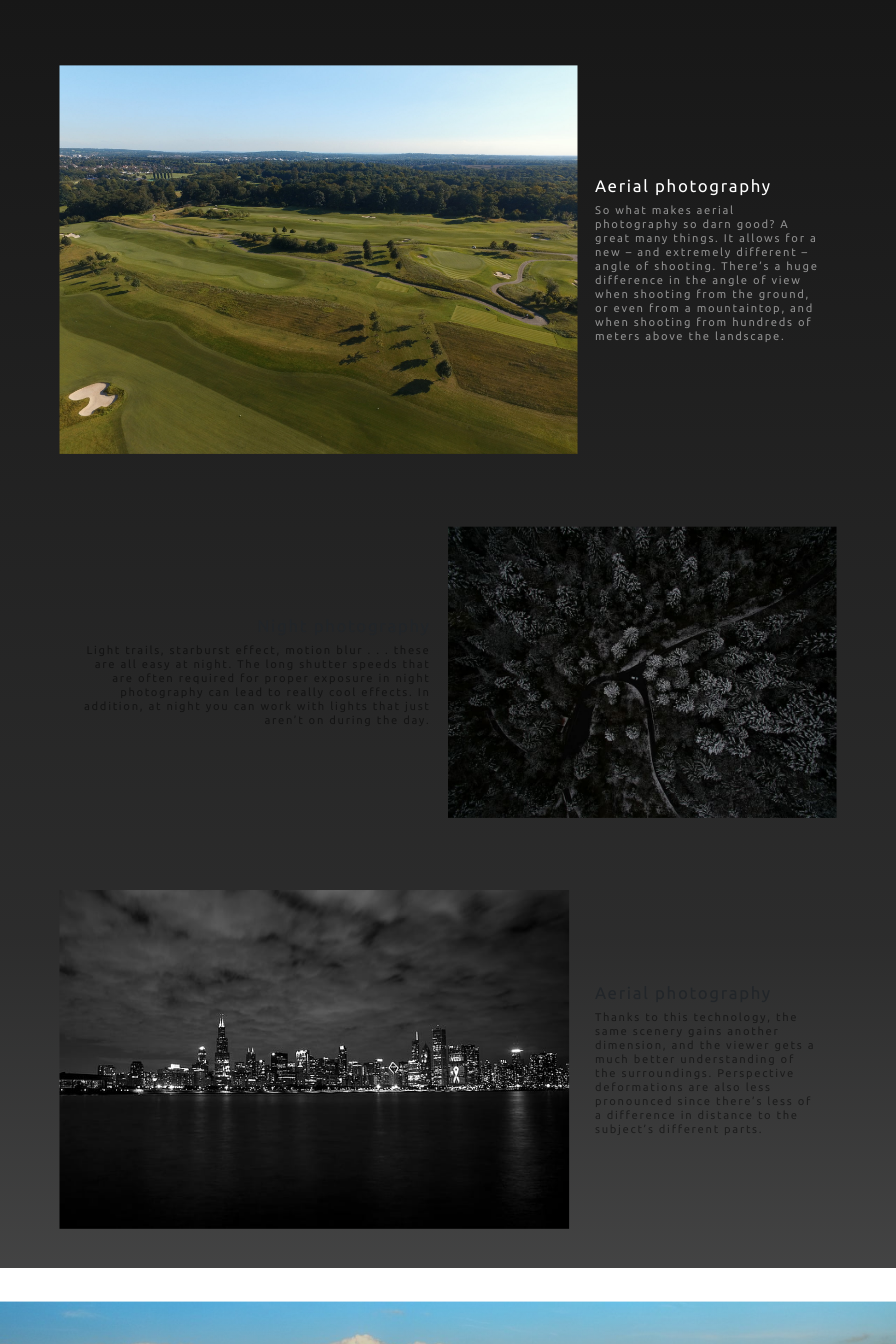
Repository: geoeskel/UCFD-Milestone-Project
Page: index.html
The author's editor kept a record of every edit. The page is drawn from the files as they stood at one moment, then again after the next edit.
The browser window is 1280 px wide. The pictures show the part of the page from y = 1829 to 3749 px (the page is 4303 px tall), at 70% of full size.
A picture or video elsewhere on the page could not be fetched, so the positions and the page height are approximate. Some web libraries are served in a nearby version.

Above is the page before.

After the next edit:
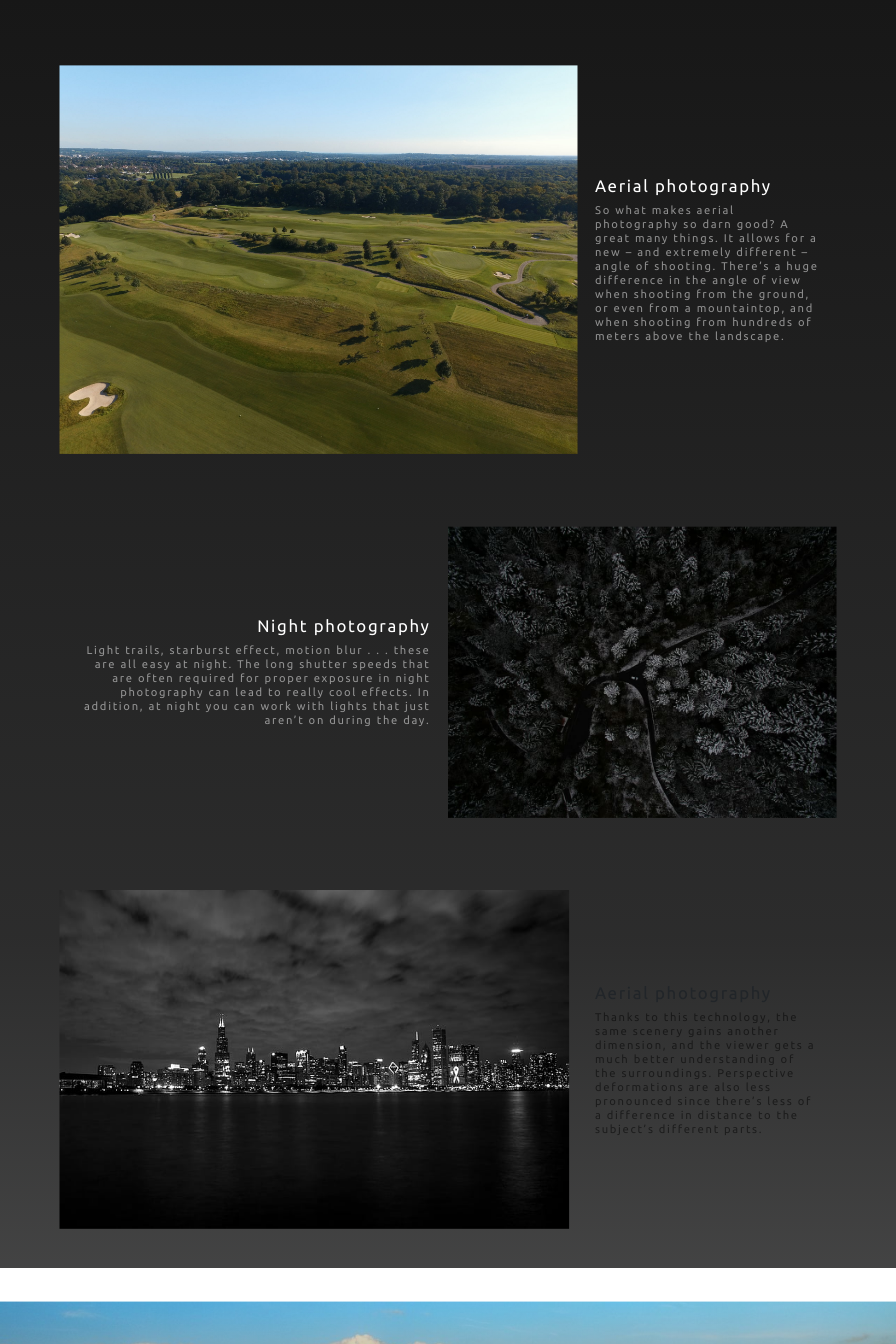
The edit:
--- a/index.html
+++ b/index.html
@@ -99,8 +99,8 @@
             <div class="d-flex h-100">
               <div class="project-text w-100 my-auto text-center text-lg-right">
                 <div class="first-service">
-                  <h4 class="text-black">Night photography</h4>
-                  <p class="mb-0 text-black-50">Light trails, starburst effect, motion blur . . . these are all easy at night. The long shutter speeds that are often required for proper exposure in night photography can lead to really cool effects. In addition, at night you can work
+                  <h4 class="text-white">Night photography</h4>
+                  <p class="mb-0 text-white-50">Light trails, starburst effect, motion blur . . . these are all easy at night. The long shutter speeds that are often required for proper exposure in night photography can lead to really cool effects. In addition, at night you can work
                     with lights that just aren’t on during the day.</p>
                 </div>
 
